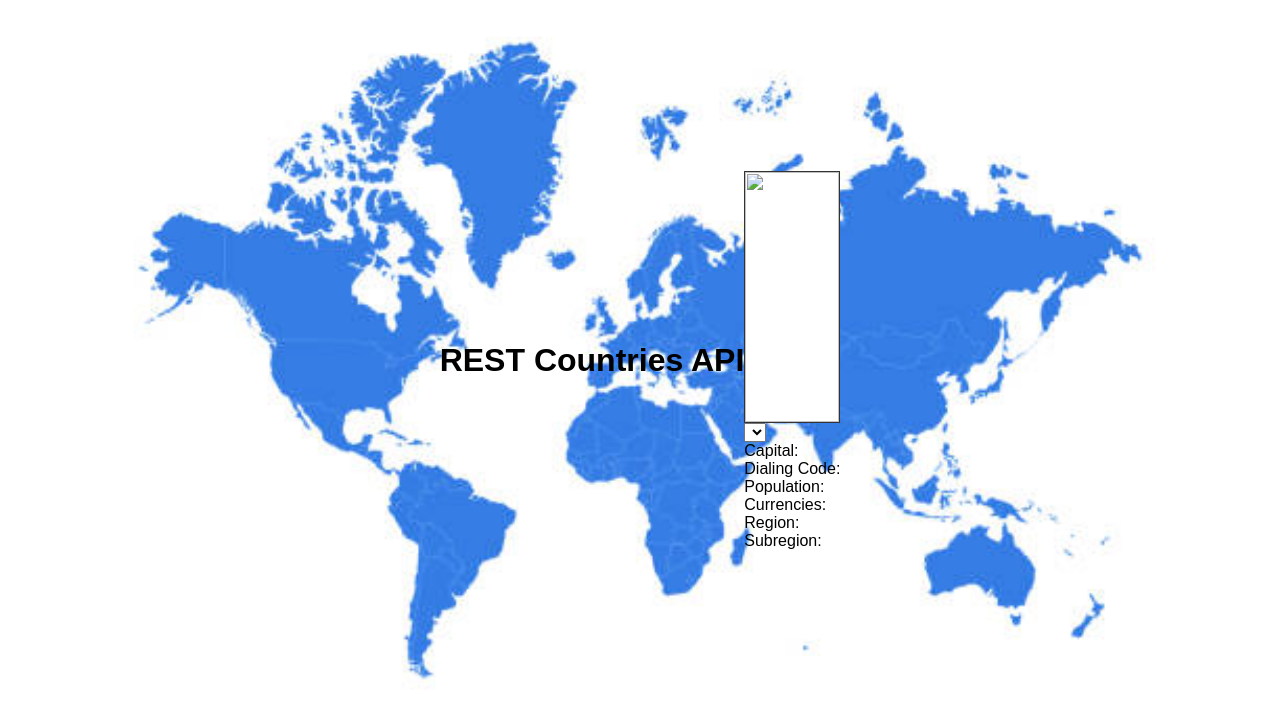
Repository: KhoaTran204/Rest-countries-api-app
Page: index.html
The author's editor kept a copy of each file at every save. The page is drawn from the files as they stood at one save, then again after the next save.
The browser window is 1280 px wide. The pictures show the whole page.
The page's requests for data from a server got no answer.

Above is the page before, as saved 2024-04-14 08:34:14.

After the next save:
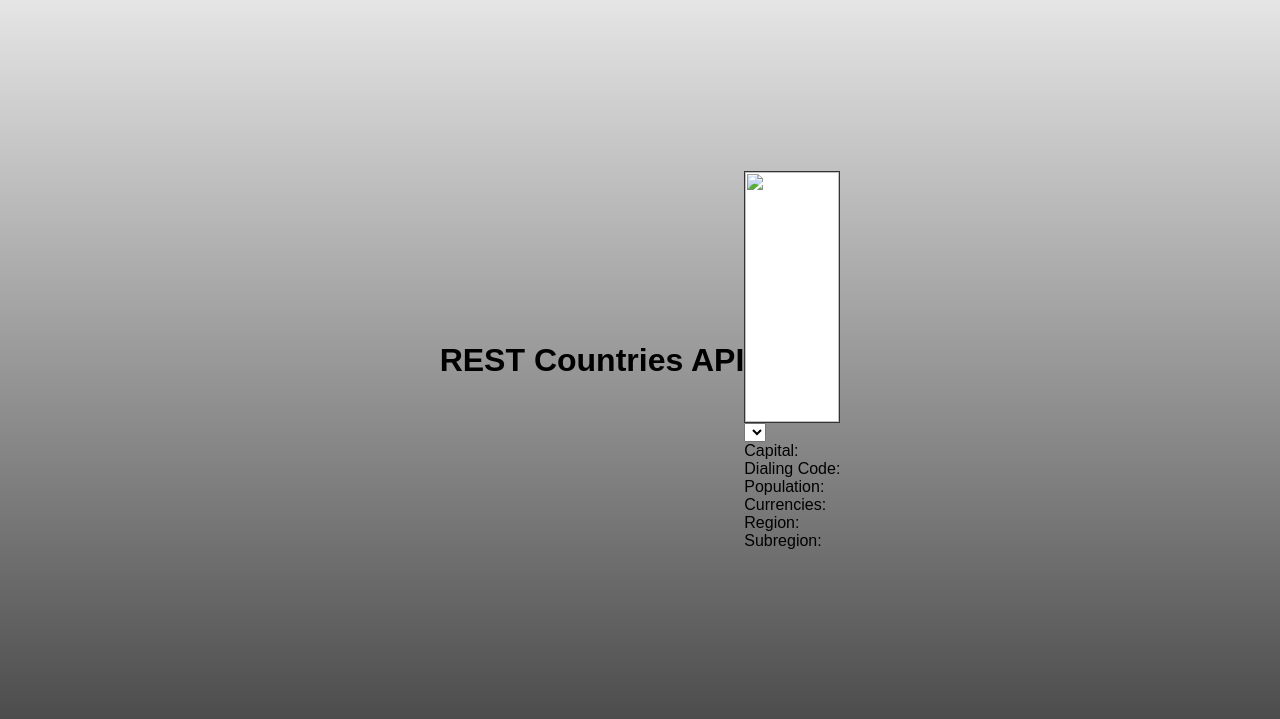
Saved 19 s later.
--- a/style.css
+++ b/style.css
@@ -10,11 +10,11 @@ body {
   display: flex;
   justify-content: center;
   align-items: center;
-  background: linear-gradient(to top, rgba(0, 0, 0, 0.7), rgba(0, 0, 0, 0.1));
   background-image: url(anh/bando.jpg);
   background-repeat: no-repeat;
   background-position: center;
   background-size: cover;
+  background: linear-gradient(to top, rgba(0, 0, 0, 0.7), rgba(0, 0, 0, 0.1));
 }
 
 #flag-container {
